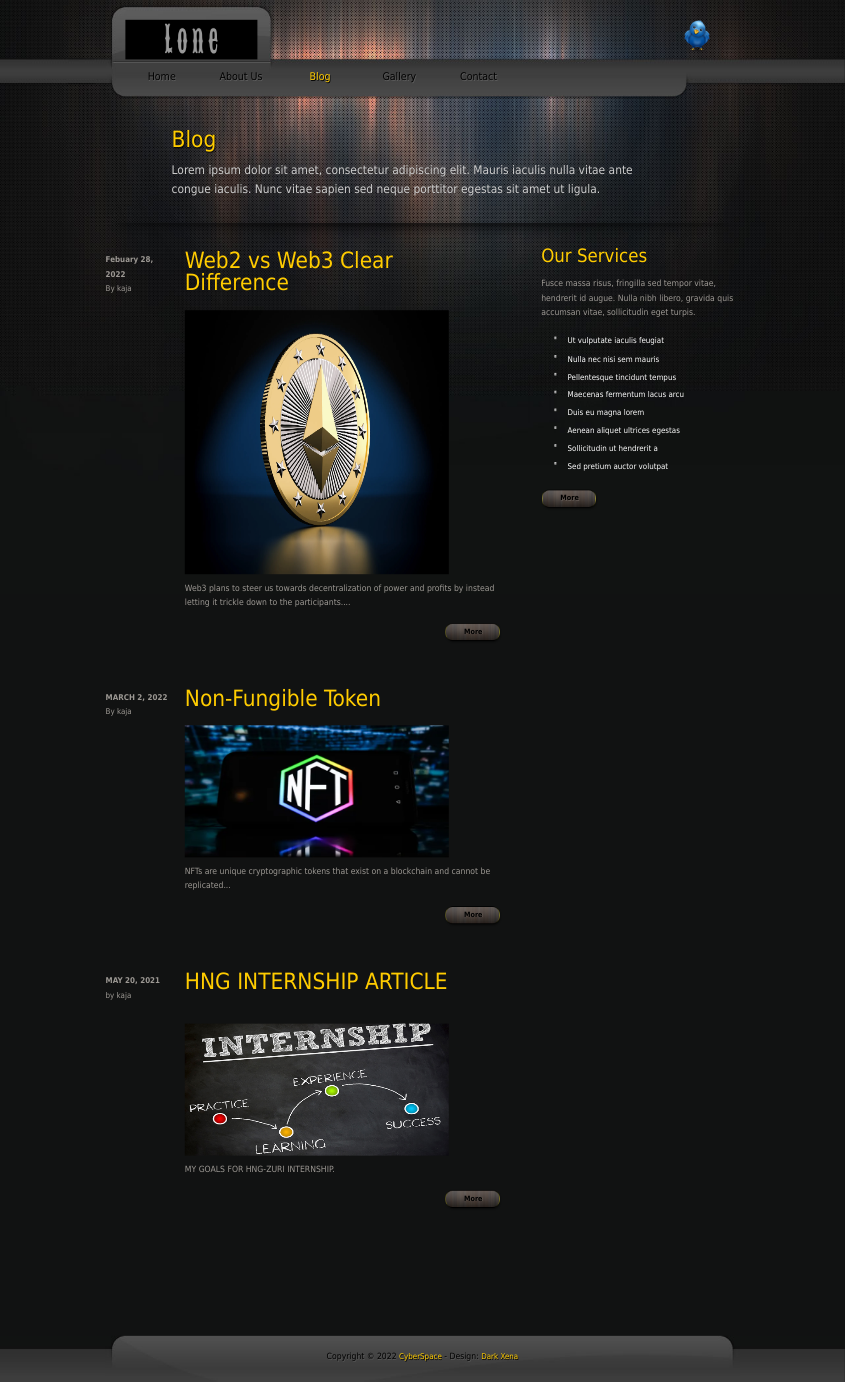
Repository: xenacode-art/Portfolio
Page: 2020_dark_pixel/blog.html
An editor plug-in stored every save of this project. The page is shown before and after a run of saves, followed by the edit.
The browser window is 1280 px wide. The pictures show the whole page, at 66% of full size.
Pictures or frames that could not be fetched are drawn as grey boxes.

Above is the page before, as saved 2022-03-08 00:49:29.

After the next 2 saves:
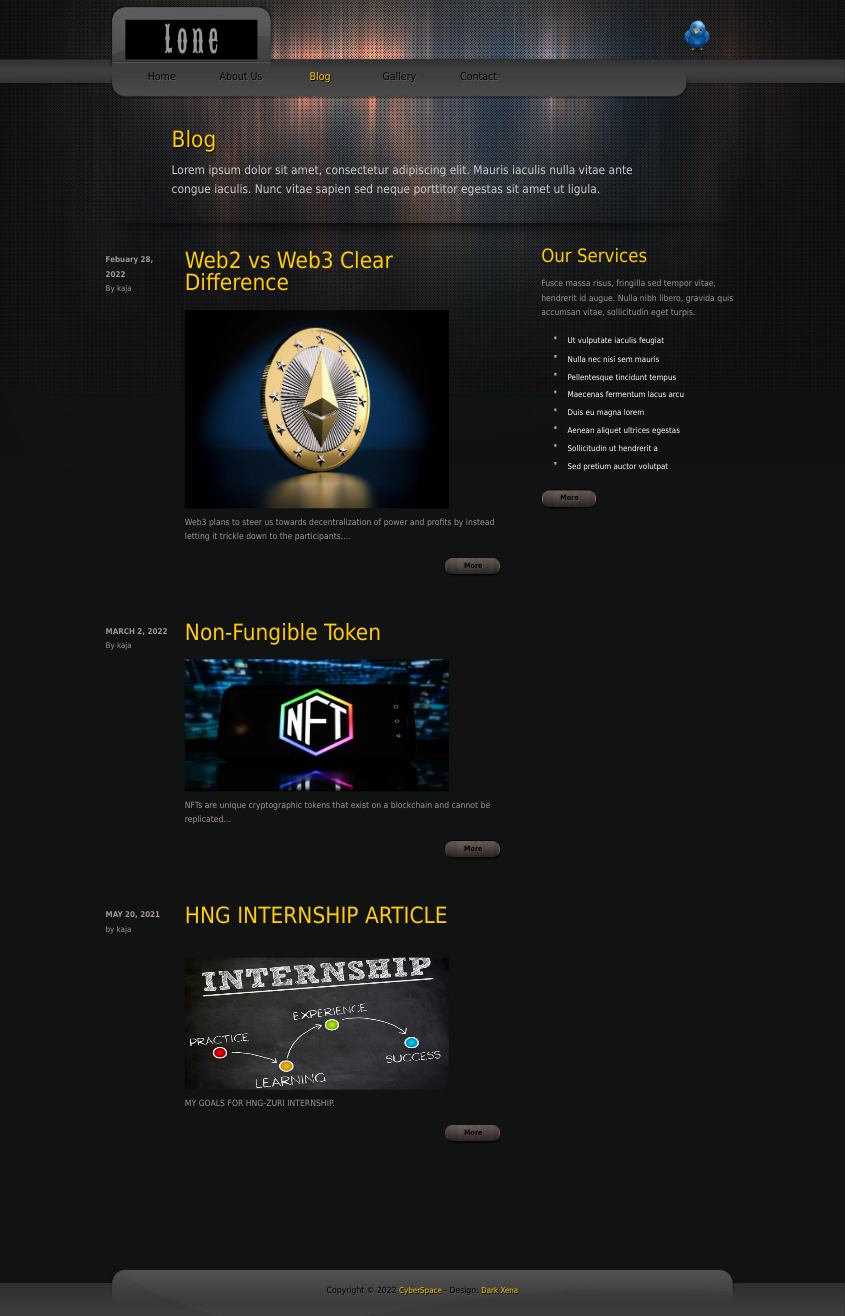
The 2 saves are shown as one change because they came seconds apart.
The last was saved 18 s later.
--- a/2020_dark_pixel/blog.html
+++ b/2020_dark_pixel/blog.html
@@ -68,7 +68,7 @@
 
 						<div class="post_box_content">
                             <h2><a href="#">Web2 vs Web3 Clear Difference </a></h2>
-                          <img src="images/tooplate_image_08.jpg" alt="Image 08" width="400" height="400"/>
+                          <img src="images/tooplate_image_08.jpg" alt="Image 08" width="400" height="300"/>
                             <p> Web3 plans to steer us towards decentralization of power and profits by instead letting
                                 it trickle down to the participants....</p>
                         </div>
